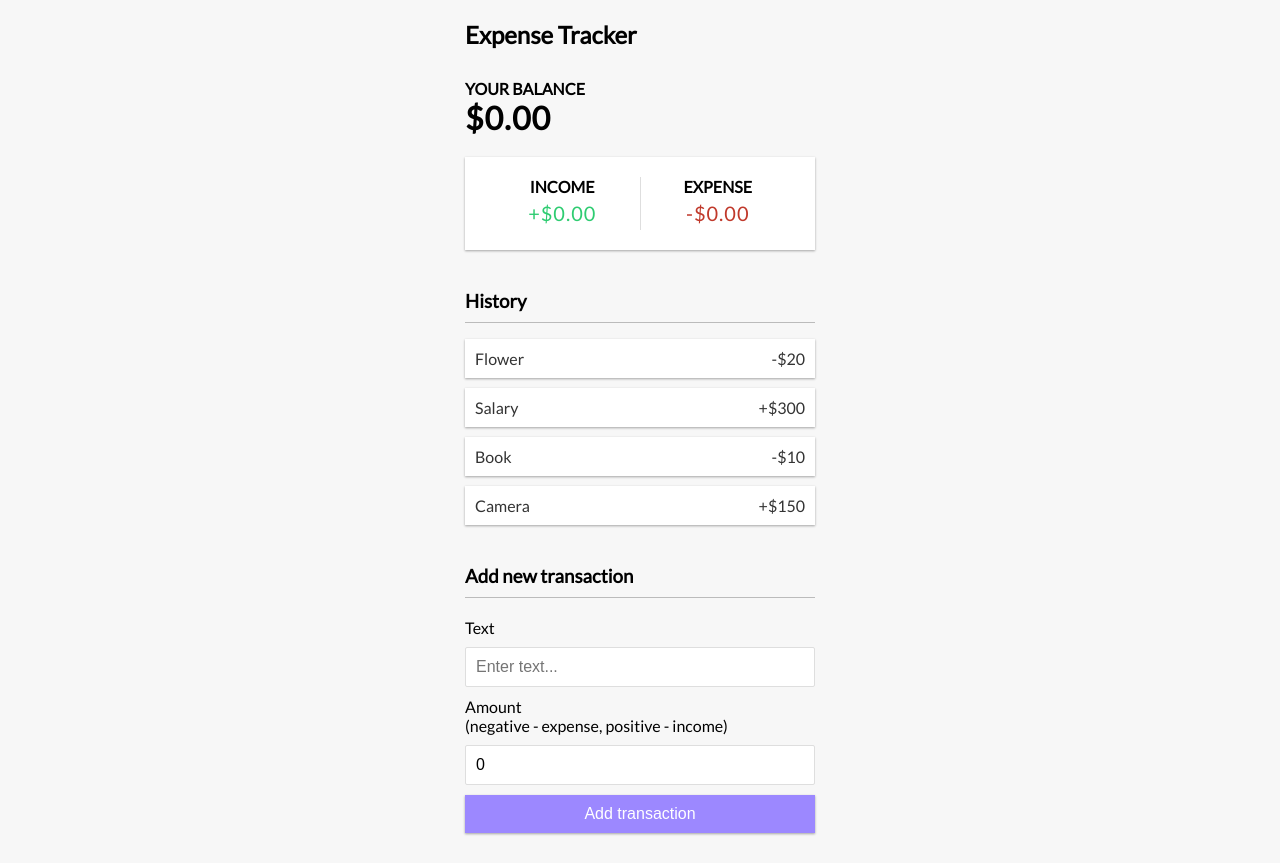
Repository: Adel-Abdallah/ex-tracker
Page: /
The author's editor kept a copy of each file at every save. The page is drawn from the files as they stood at one save, then again after a run of saves.
The browser window is 1280 px wide. The pictures show the whole page.
The project was rebuilt for these pictures with package versions that can differ from the ones it lists, and the page was loaded fresh each time. Imported but missing from the stored project, and not drawn on this page: src/context/AppReducer.

Above is the page before, as saved 2020-10-25 09:34:34.

After the next 9 saves:
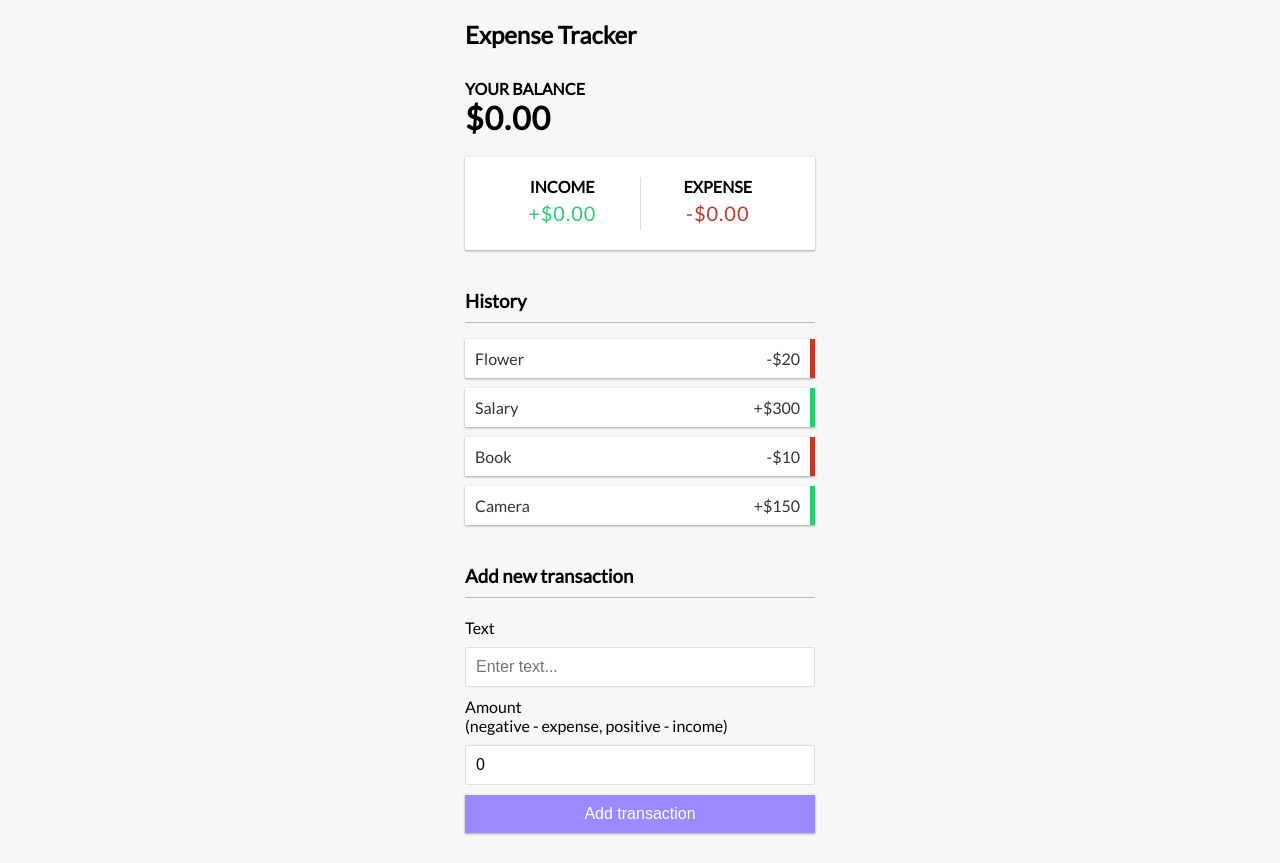
The 9 saves are shown as one change because 1 did not build or start and some came seconds apart.
The last was saved 25 s later.
--- a/src/components/Transaction.jsx
+++ b/src/components/Transaction.jsx
@@ -3,7 +3,7 @@ import React from "react";
 const Transaction = ({transaction}) => {
     const sign = transaction.amount < 0 ? "-" : "+";
   return (
-    <li className={transaction}>
+    <li className={transaction.amount < 0 ? 'minus':'plus'}>
       {transaction.text} <span>{sign}${Math.abs(transaction.amount)}</span>
       <button className='delete-btn'>x</button>
     </li>
